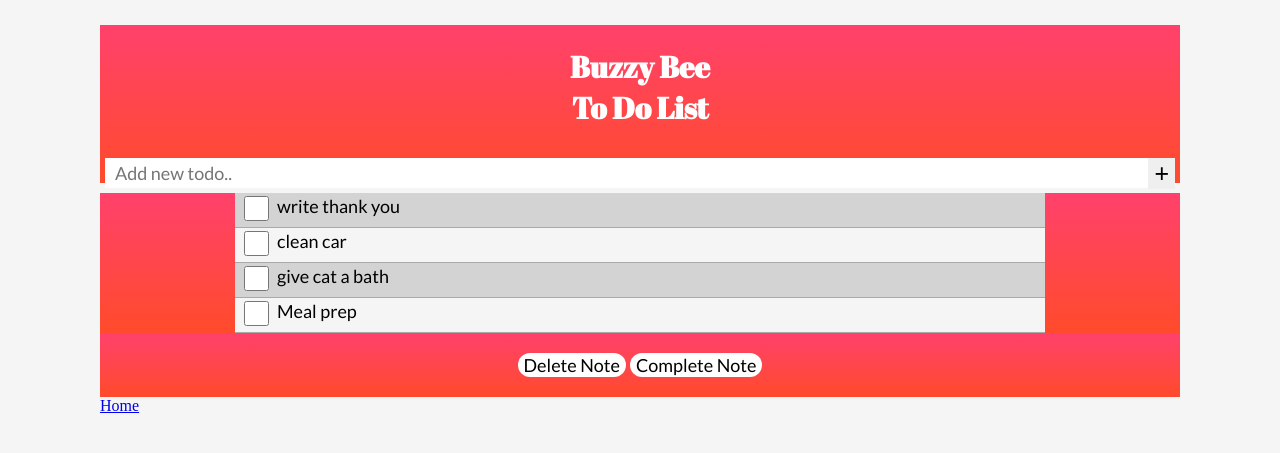
Repository: seleniadelgado/backend-spring2020-angie
Page: projects/todo/public_html/index.html
An editor plug-in stored every save of this project. The page is shown before and after the next save, followed by the edit.
The browser window is 1280 px wide. The pictures show the whole page.
The page's requests for data from a server got no answer.

Above is the page before, as saved 2020-05-13 17:33:54.

After the next save:
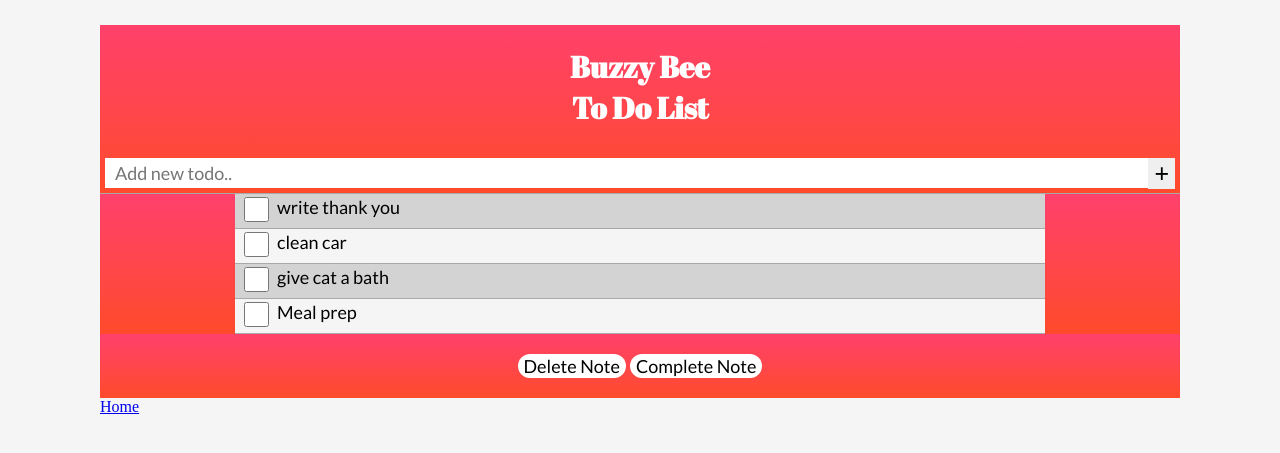
Saved 5 s later.
--- a/projects/todo/public_html/styles.css
+++ b/projects/todo/public_html/styles.css
@@ -22,7 +22,7 @@ body {
 .sectionTitle {
     background: var(--main-color);
     text-align: center;
-    border-bottom: 0px solid darkgray;
+    border-bottom: 1px solid darkgray;
     margin-top: 0%;
     font-family: var(--title-font);
     font-size: var(--font-size-title);

After the save that followed:
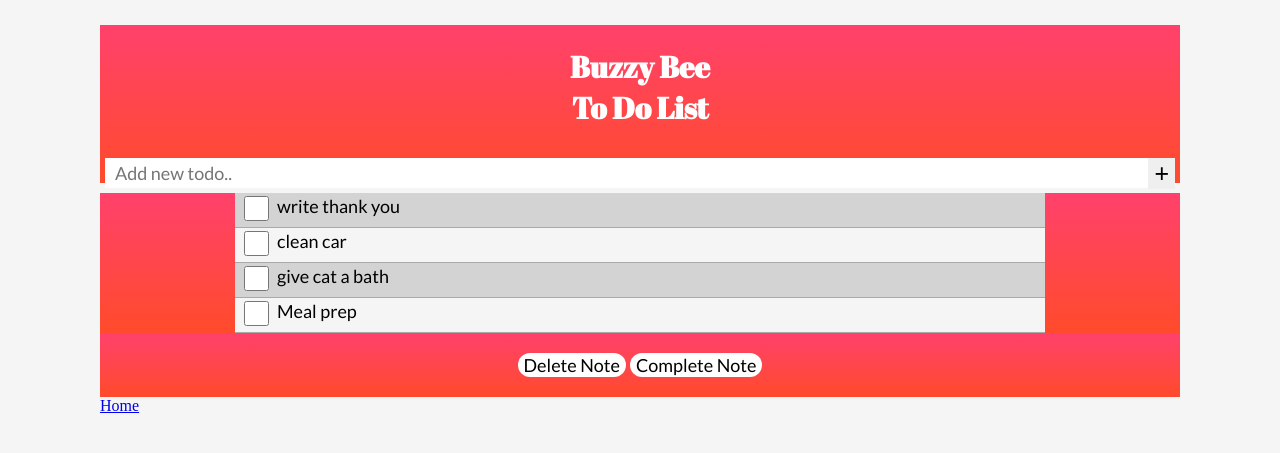
Saved 13 s later.
--- a/projects/todo/public_html/styles.css
+++ b/projects/todo/public_html/styles.css
@@ -22,7 +22,7 @@ body {
 .sectionTitle {
     background: var(--main-color);
     text-align: center;
-    border-bottom: 1px solid darkgray;
+    border: none;
     margin-top: 0%;
     font-family: var(--title-font);
     font-size: var(--font-size-title);
